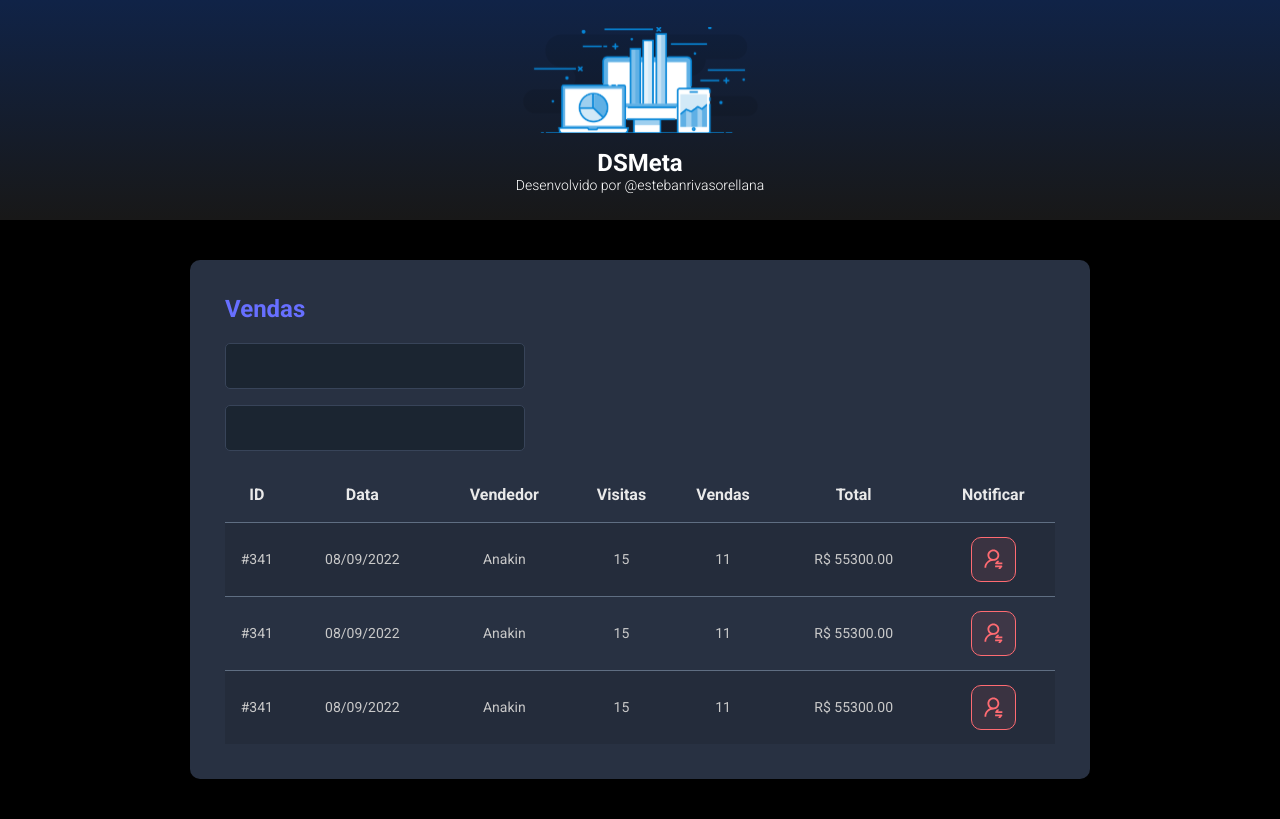
Repository: estebanrivas/dsmeta-css
Page: index.html
These files come from the project's save history. The page is drawn as it stood at one moment and after a run of saves; the edit follows.
The browser window is 1280 px wide. The pictures show the whole page.

Above is the page before, as saved 2022-09-08 22:36:35.

After the next 3 saves:
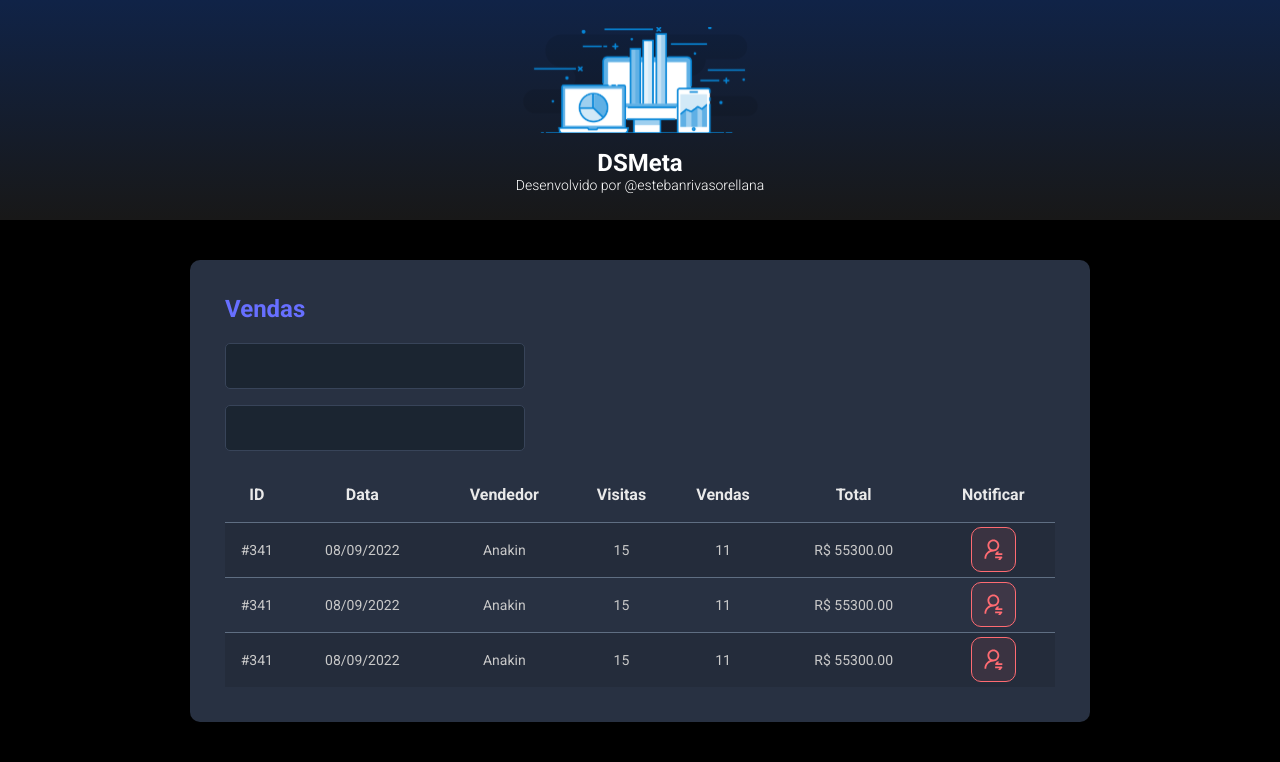
The 3 saves are shown as one change because they came seconds apart.
The last was saved 11 s later.
--- a/css/styles.css
+++ b/css/styles.css
@@ -155,7 +155,7 @@ header {
   }
 
   .dsmeta-sales-table tbody tr{
-
+    height: 55px;
   }
 }
 
